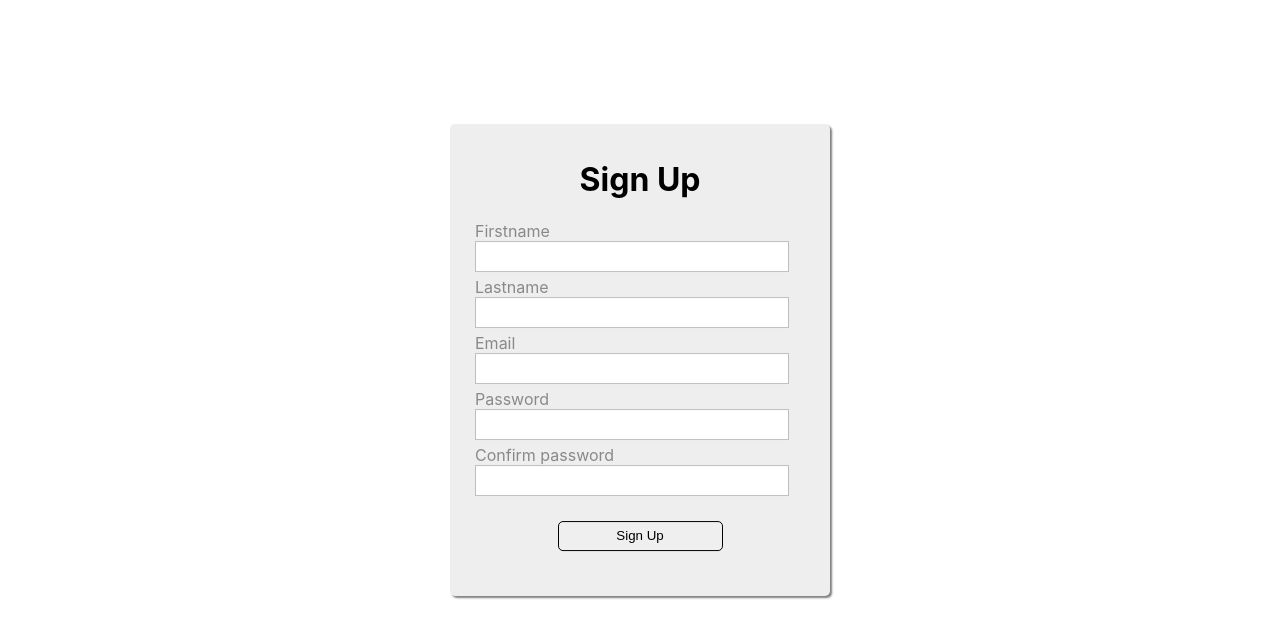
Repository: khamraeva/JSP-homework1-sighup
Page: /
These files come from the project's save history. The page is drawn as it stood at one moment and after the next save; the edit follows.
The browser window is 1280 px wide. The pictures show the whole page.
The pointer rests on the first visible `.btn-wrapper button`.
The project was rebuilt for these pictures with package versions that can differ from the ones it lists, and the page was loaded fresh each time.

Above is the page before, as saved 2020-07-22 17:23:30.

After the next save:
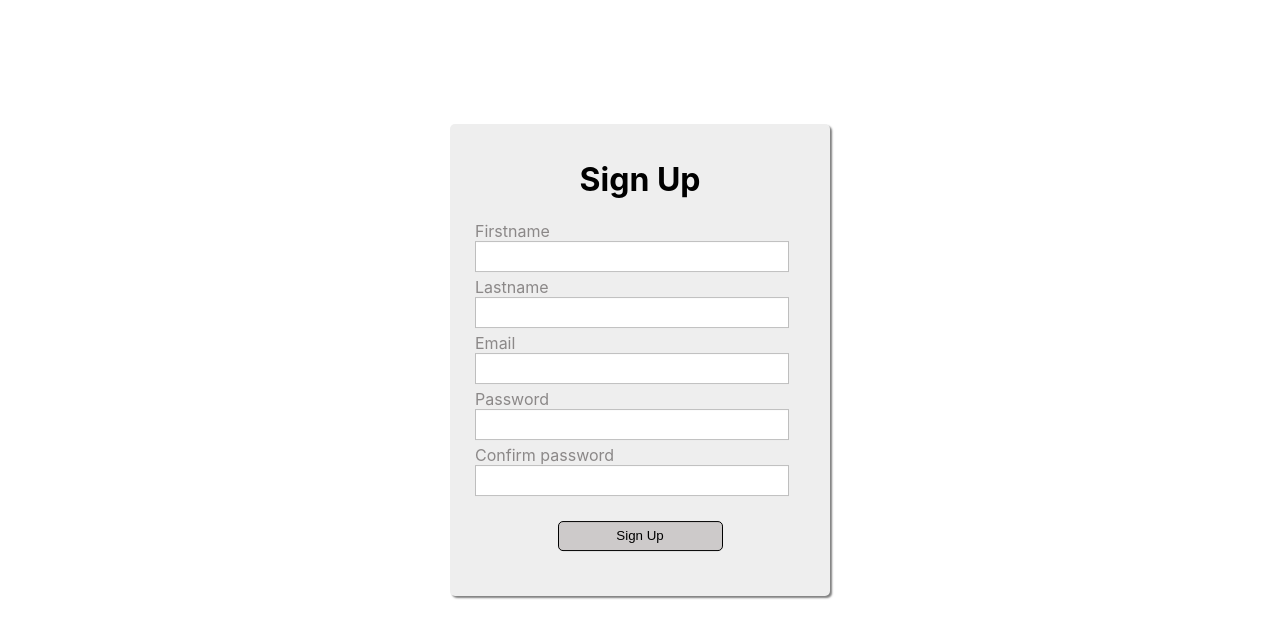
Saved 23 s later.
--- a/src/Components/SignUp/SignUp.css
+++ b/src/Components/SignUp/SignUp.css
@@ -46,3 +46,7 @@
     border-radius: 5px;
     border: 1px solid black;
 }
+
+.btn-wrapper button:hover {
+    background-color: rgba(183, 178, 178, .6);
+}
